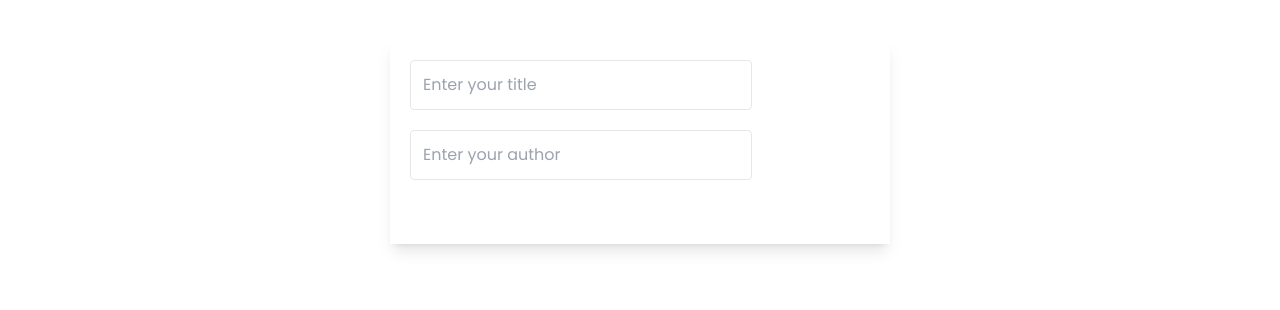
Repository: ThanhPhongsof/React-Course
Page: /
An editor plug-in stored every save of this project. The page is shown before and after the next save, followed by the edit.
The browser window is 1280 px wide. The pictures show the whole page.
The page's requests for data from a server got no answer. The project was rebuilt for these pictures with package versions that can differ from the ones it lists, and the page was loaded fresh each time. No one was signed in, and anything a server would have sent is missing.

Above is the page before, as saved 2022-04-27 16:58:33.

After the next save:
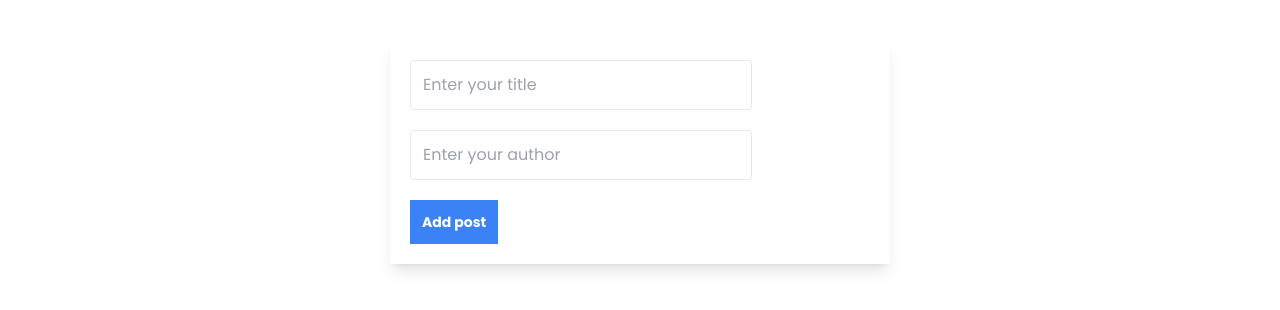
Saved 36 s later.
--- a/src/firebase/FirebaseApp.js
+++ b/src/firebase/FirebaseApp.js
@@ -43,7 +43,12 @@ const FirebaseApp = () => {
               placeholder="Enter your author"
             />
           </div>
-          <button type="submit"></button>
+          <button
+            type="submit"
+            className="p-3 text-sm font-semibold text-white bg-blue-500"
+          >
+            Add post
+          </button>
         </form>
       </div>
     </div>
